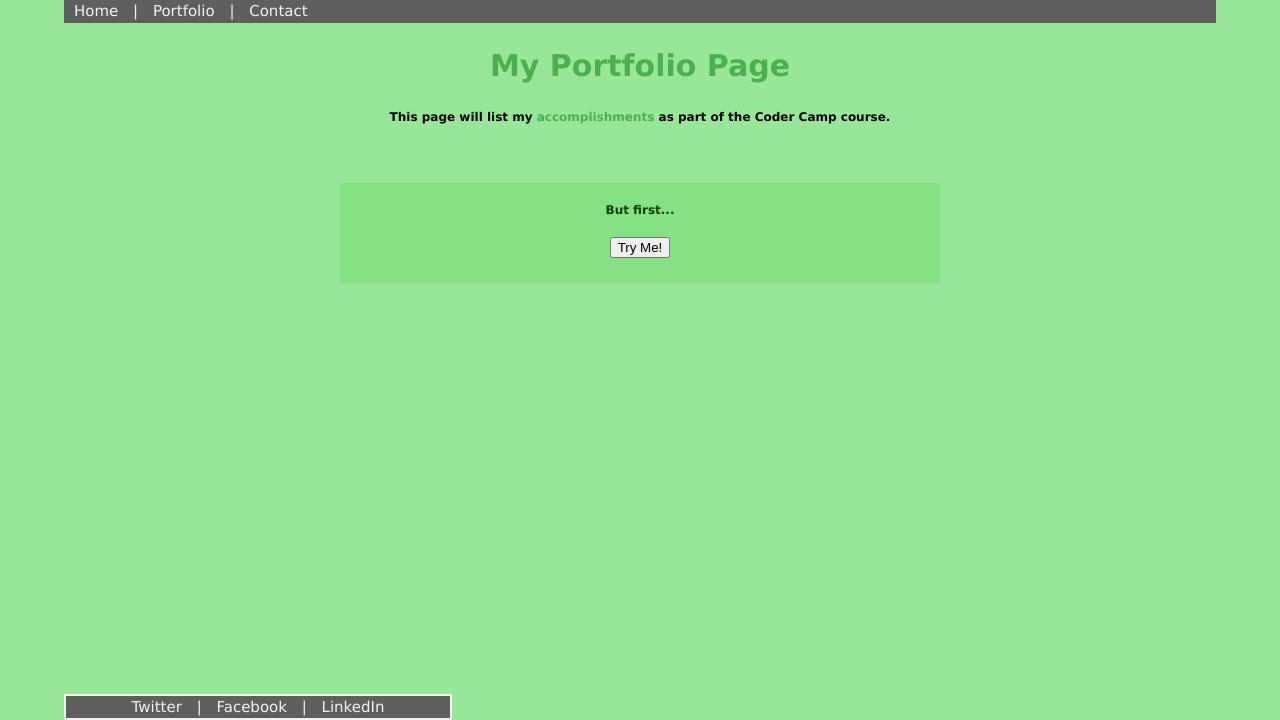
Repository: ischicagoisnotchicago/is-chicago
Page: http://localhost/CC_Personal_Website/portfolio.html
An editor plug-in stored every save of this project. The page is shown before and after the next save, followed by the edit.
The browser window is 1280 px wide. The pictures show the whole page.
The page is served by Tomcat 9.

Above is the page before, as saved 2017-05-25 22:53:12.

After the next save:
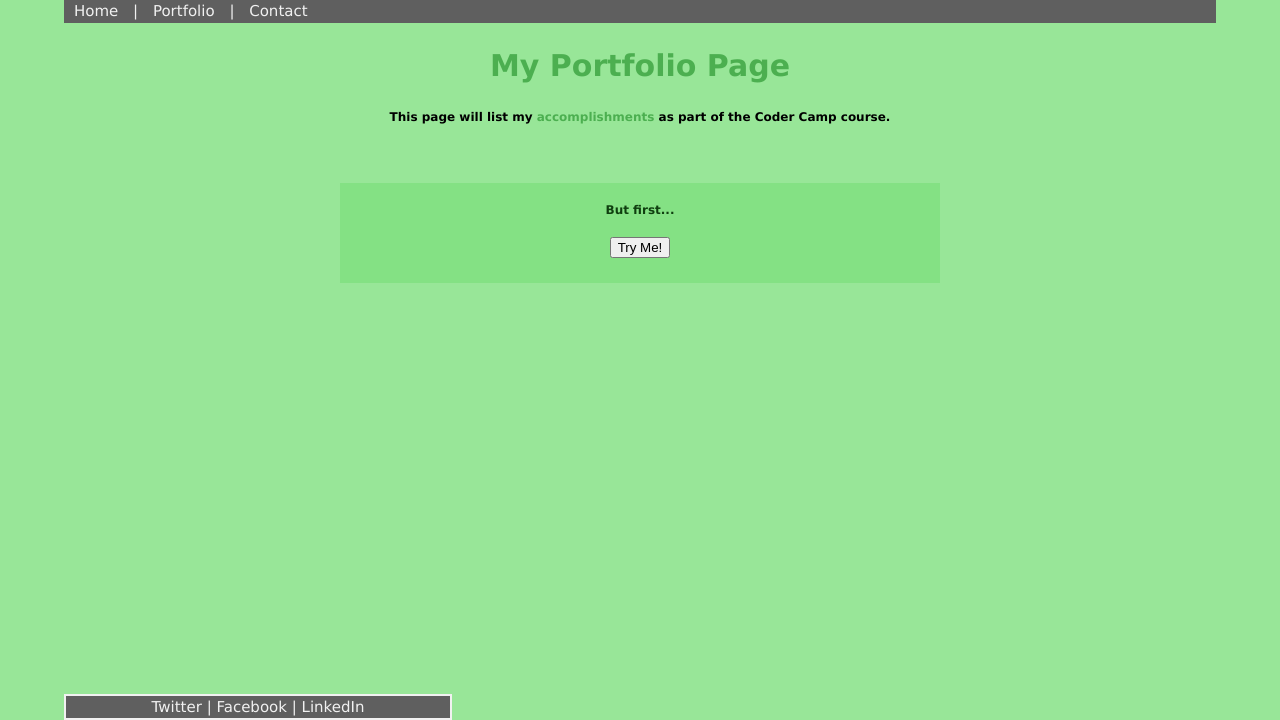
Saved 2 min 14 s later.
--- a/CC Personal Website/WebContent/style.css
+++ b/CC Personal Website/WebContent/style.css
@@ -46,7 +46,6 @@ nav {
 
 nav a {
 	padding: 12px 10px;
-	text-decoration: none;
 }
 
 a:link,
@@ -232,6 +231,5 @@ footer {
 }
 
 footer a {
-	text-decoration: none;
-	padding: 5px 10px;
-}
+
+}
